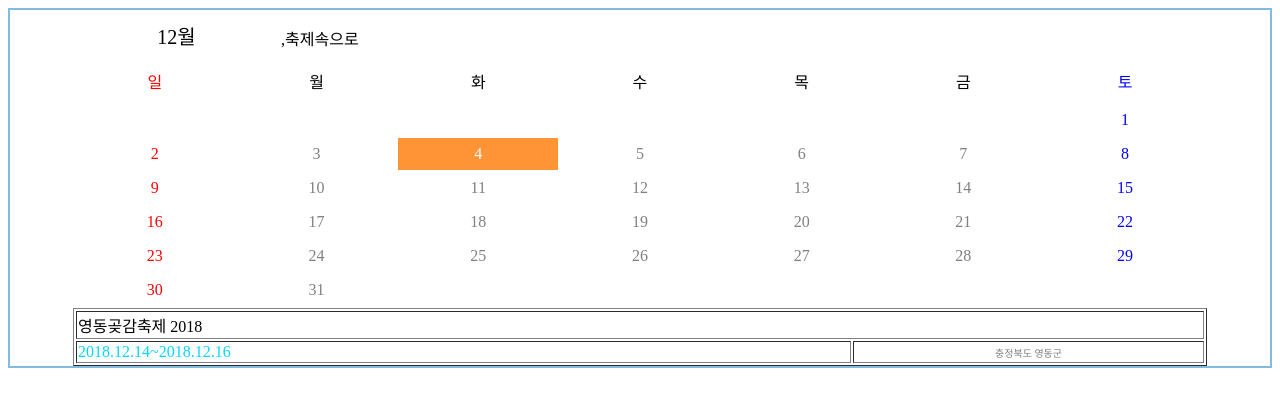
Repository: jih3508/Webproject_Rest
Page: http://localhost/comma1004/include/sideCalendar.jsp
The author's editor kept a copy of each file at every save. The page is drawn from the files as they stood at one save, then again after the next save.
The browser window is 1280 px wide. The pictures show the whole page.
The page is served by Tomcat 9. Nobody is signed in. The application's start-up code is not run.

Above is the page before, as saved 2018-12-04 11:45:48.

After the next save:
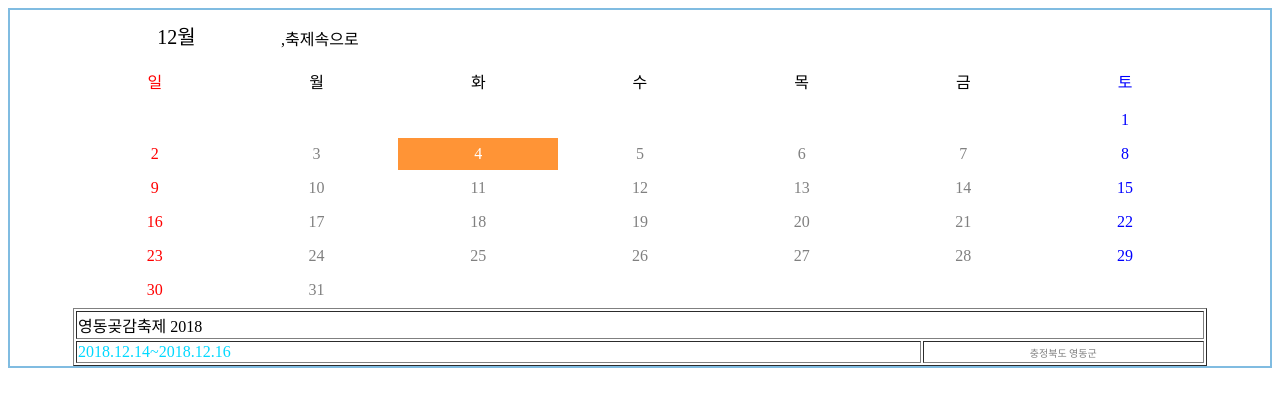
Saved 67 s later.
--- a/comma1004/src/main/webapp/include/sideCalendar.jsp
+++ b/comma1004/src/main/webapp/include/sideCalendar.jsp
@@ -105,6 +105,10 @@
     </tr>
 </table>
 <table align="center" border="1">
+	<colgroup>
+		<col width="75%"/>
+		<col width="25%"/>
+	</colgroup>
 	<tr>
 		<td colspan="2" align="left">영동곶감축제 2018</td>
 	</tr>
